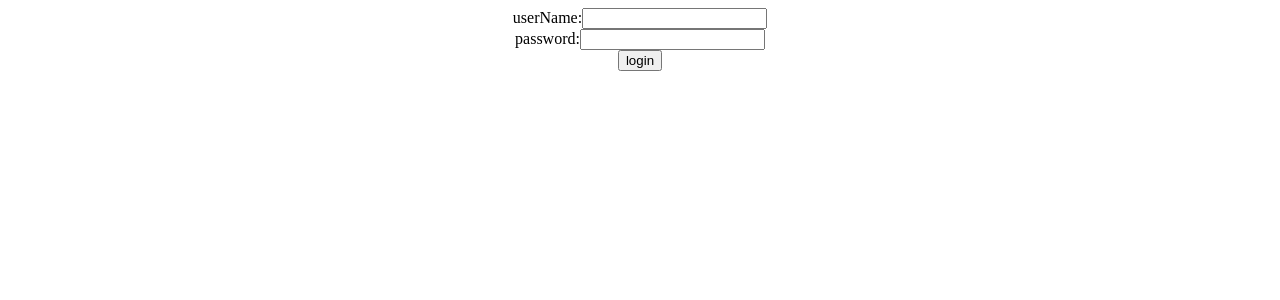
Repository: 194162565/register
Page: http://localhost/ssm-controller/
The author's editor kept a copy of each file at every save. The page is drawn from the files as they stood at one save, then again after the next save.
The browser window is 1280 px wide. The pictures show the whole page.
The page is served by Tomcat 9. Other server files are loaded and not shown.

Above is the page before, as saved 2017-11-25 02:19:00.

### ssm-controller/src/main/webapp/login.jsp
<%@ page language="java" contentType="text/html; charset=UTF-8"
    pageEncoding="UTF-8"%>
<!DOCTYPE html PUBLIC "-//W3C//DTD HTML 4.01 Transitional//EN" "http://www.w3.org/TR/html4/loose.dtd">
<html>
<head>
<meta http-equiv="Content-Type" content="text/html; charset=UTF-8">
<title>Insert title here</title>
</head>
<body>
	<center>
		<form action="login" method="post">
			userName:<input type="text" name="username"/><br>
			password:<input type="password" name="password"/><br>
			<button type="submit">login</button>
		</form>
	</center>

</body>
</html>

After the next save:
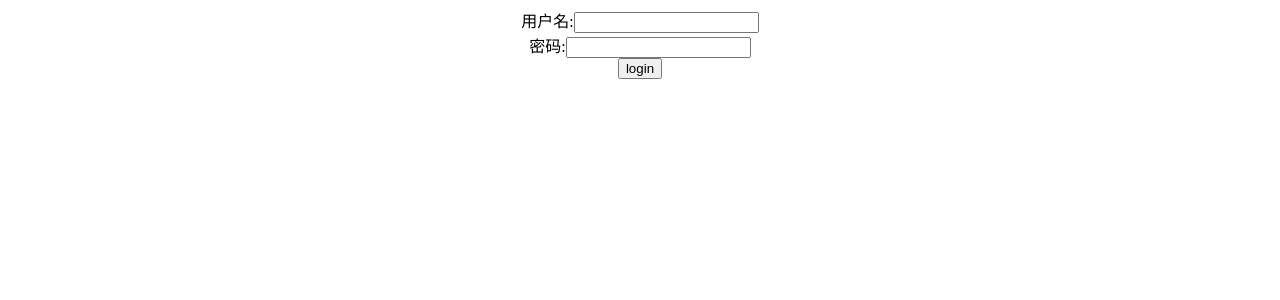
Saved 16 s later.
--- a/ssm-controller/src/main/webapp/login.jsp
+++ b/ssm-controller/src/main/webapp/login.jsp
@@ -9,8 +9,8 @@
 <body>
 	<center>
 		<form action="login" method="post">
-			userName:<input type="text" name="username"/><br>
-			password:<input type="password" name="password"/><br>
+			用户名:<input type="text" name="username"/><br>
+			密码:<input type="password" name="password"/><br>
 			<button type="submit">login</button>
 		</form>
 	</center>
